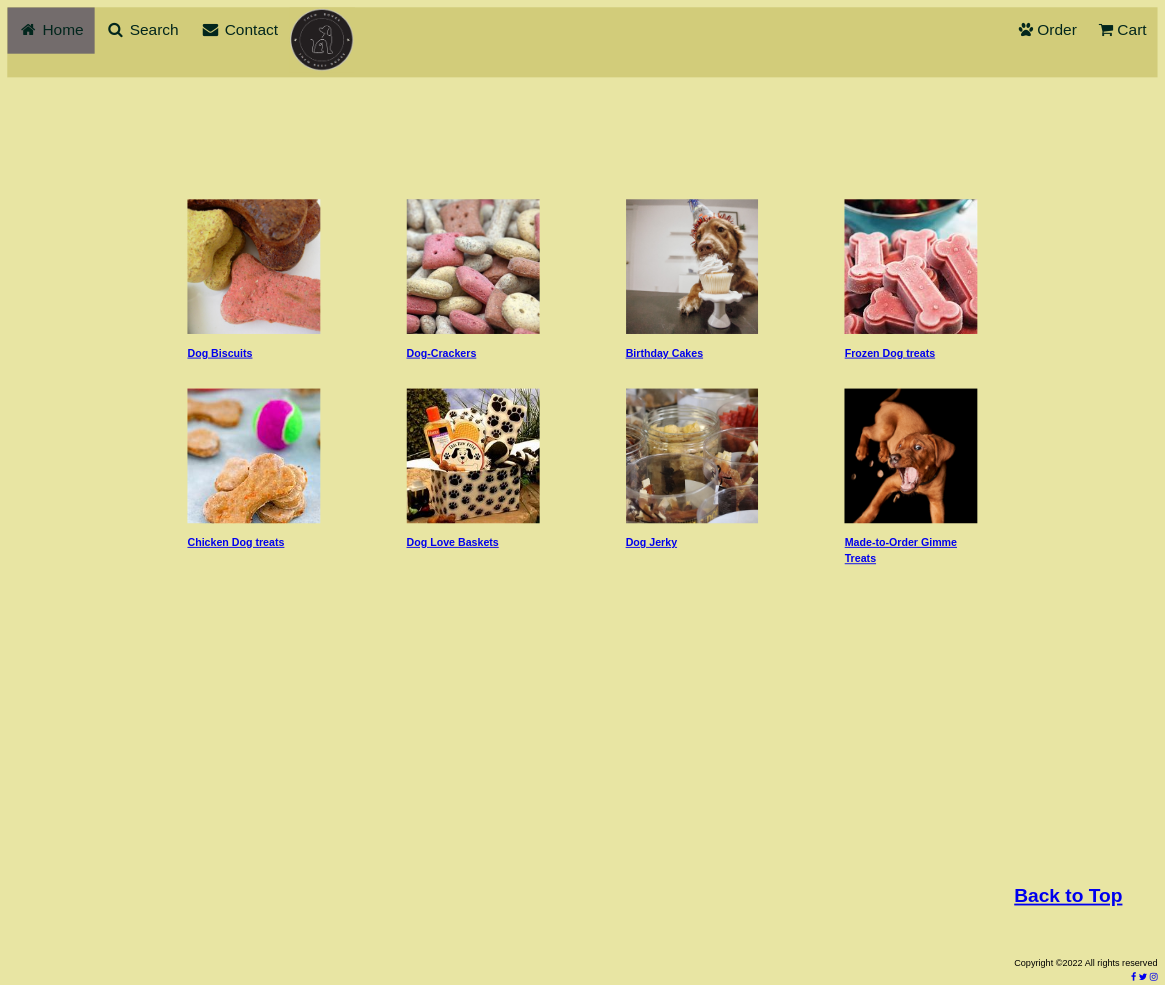
Repository: vgoins-RA2022/HTML-1
Page: index.html
The author's editor kept a copy of each file at every save. The page is drawn from the files as they stood at one save, then again after a run of saves.
The browser window is 1280 px wide. The pictures show the whole page, at 91% of full size.

Above is the page before, as saved 2023-01-21 19:43:26.

After the next 2 saves:
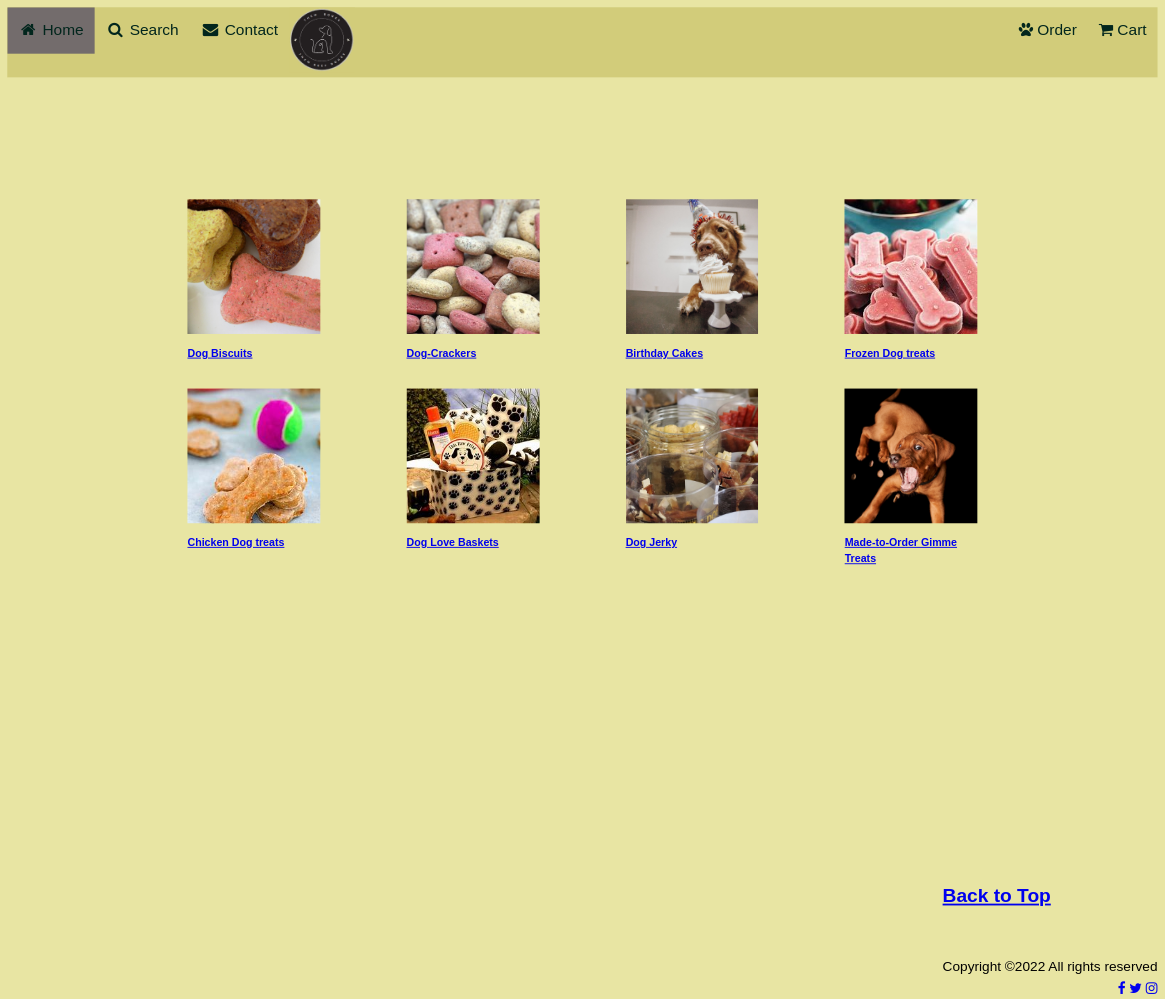
The 2 saves are shown as one change because they came seconds apart.
The last was saved 9 s later.
--- a/src/css/Style.css
+++ b/src/css/Style.css
@@ -157,7 +157,7 @@ body {
 }
 
 .navbar-footer {
-  font-size: ;
+  font-size: 15px;
   display: flex;
   justify-content: space-between;
 }
